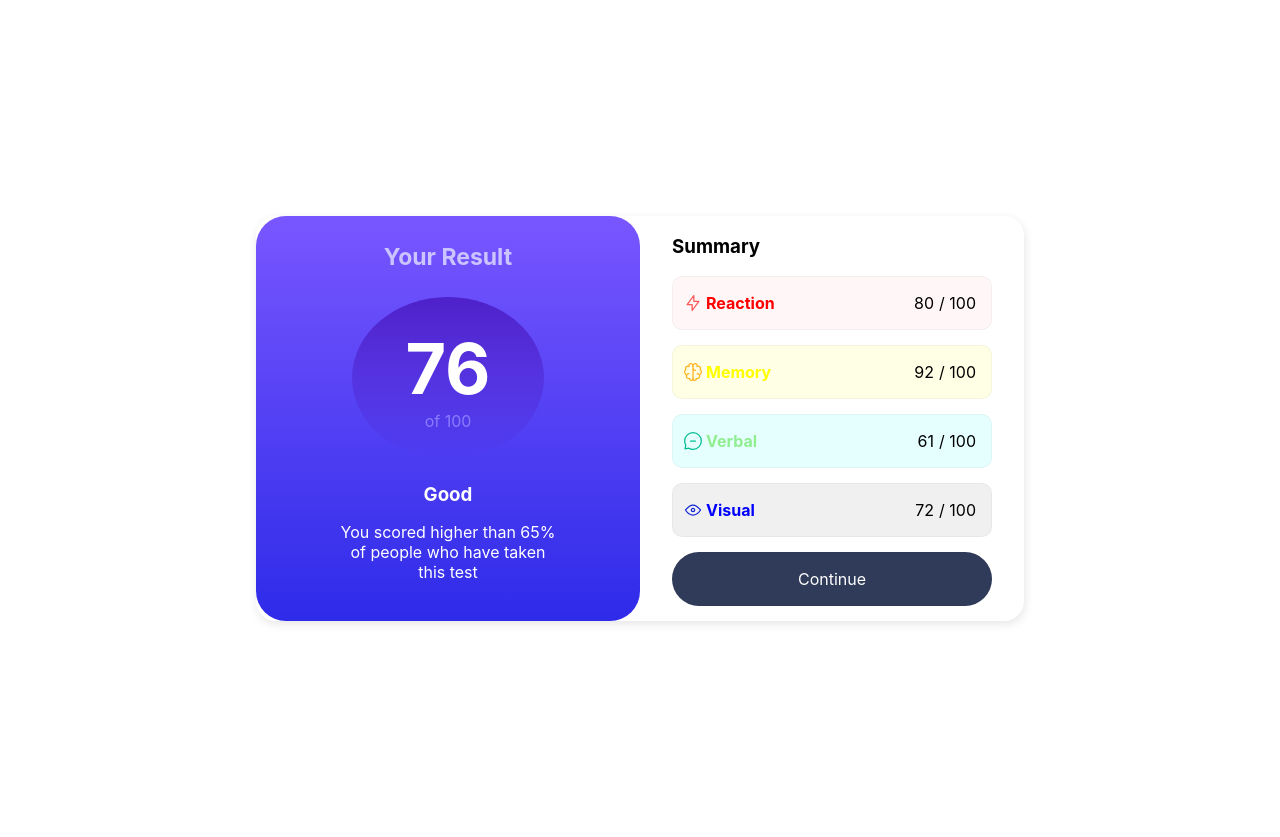
Repository: JeanPaulBassil/Result-Summary-Design
Page: /
The author's editor kept a copy of each file at every save. The page is drawn from the files as they stood at one save, then again after the next save.
The browser window is 1280 px wide. The pictures show the whole page.
The project was rebuilt for these pictures with package versions that can differ from the ones it lists, and the page was loaded fresh each time.

Above is the page before, as saved 2023-02-24 18:32:53.

After the next save:
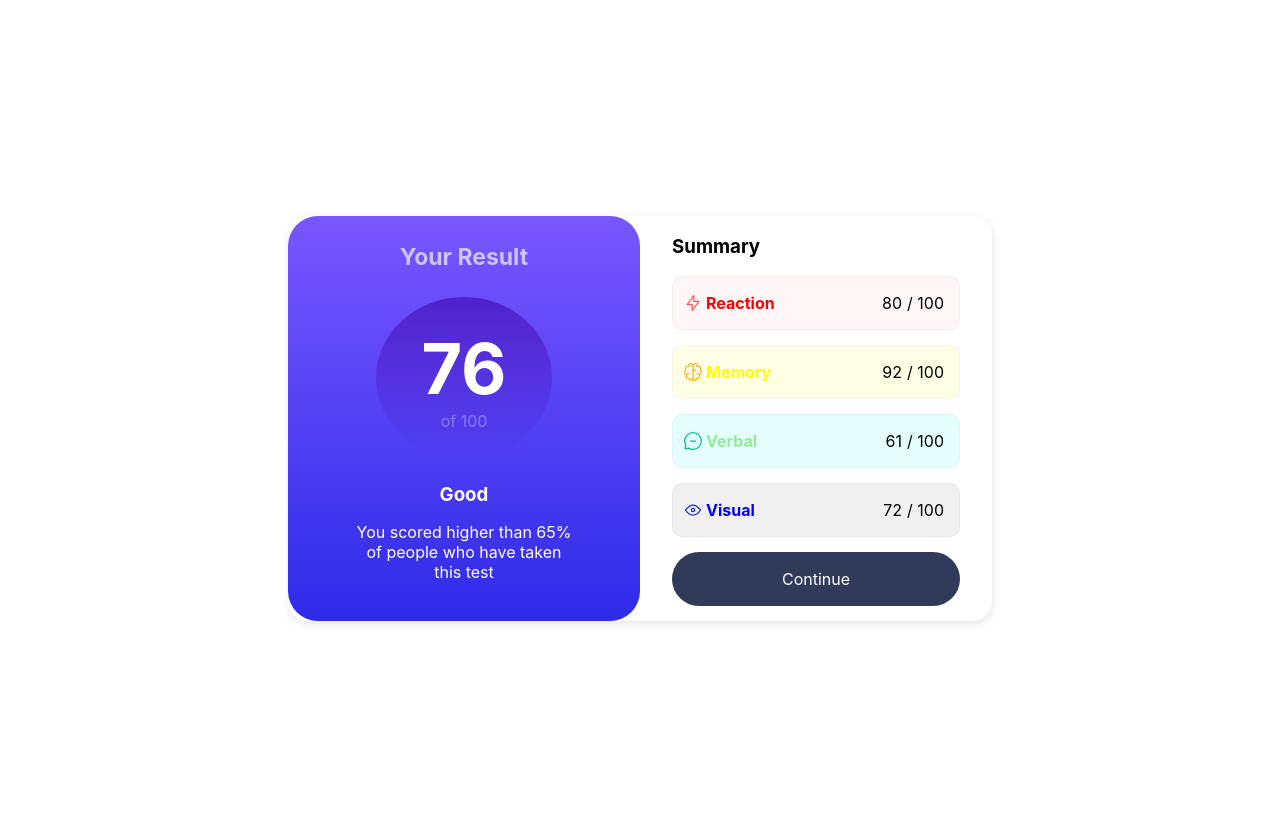
Saved 20 s later.
--- a/src/index.css
+++ b/src/index.css
@@ -24,6 +24,6 @@ code {
 
 @media (max-width: 1440px){
   .app {
-    width: 60vw;
+    width: 55vw;
   }
 }
